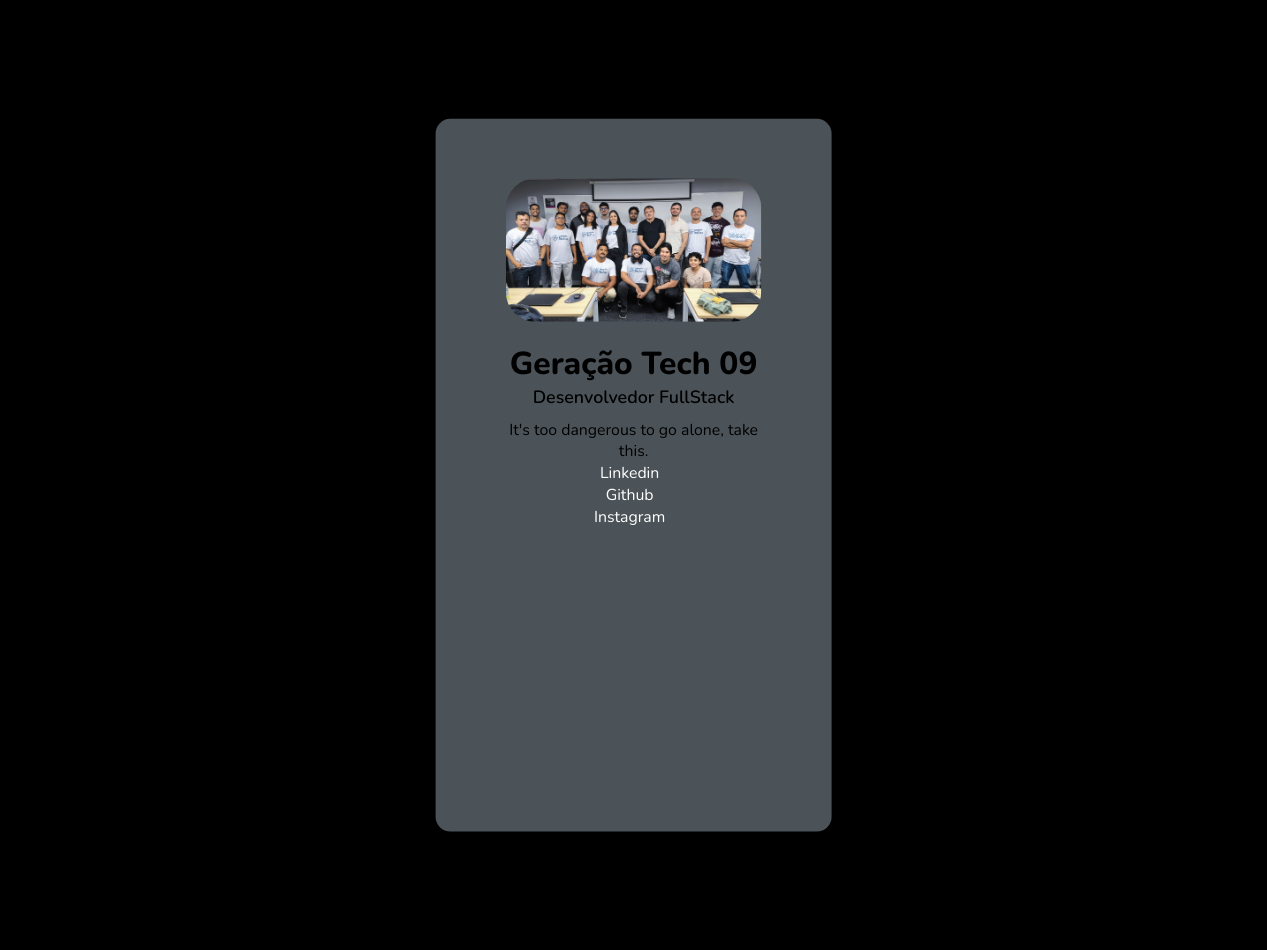
Repository: geracao-09/linktree-gt9
Page: index.html
The author's editor kept a copy of each file at every save. The page is drawn from the files as they stood at one save, then again after the next save.
The browser window is 1280 px wide. The pictures show the whole page, at 99% of full size.

Above is the page before, as saved 2025-04-11 08:59:54.

### index.html
<!DOCTYPE html>
<html lang="pt-br">
  <head>
    <meta charset="UTF-8" />
    <meta name="viewport" content="width=device-width, initial-scale=1.0" />
    <title>Linktree do GT09</title>
    <link rel="stylesheet" href="style.css" />
    <link rel="preconnect" href="https://fonts.googleapis.com" />
    <link rel="preconnect" href="https://fonts.gstatic.com" crossorigin />
    <link href="https://fonts.googleapis.com/css2?family=Nunito:ital,wght@0,200..1000;1,200..1000&display=swap" rel="stylesheet" />
  </head>
  <body>
    <div class="container-main">
      <div class="container-image">
        <img src="./assets/image-profile.jpg" alt="Foto dos top 25 geracao tech" />
      </div>
      <div class="container-infos">
        <h1>Geração Tech 09</h1>
        <h2>Desenvolvedor FullStack</h2>
      </div>
      <div class="container-easter-egg">
        <p>It's too dangerous to go alone, take this.</p>
      </div>
      <div class="container-social">
        <ul>
          <li>
            <a href="https://www.linkedin.com/in/cesar-hideki-nagano-326b75115/" target="_blank"> Linkedin </a>
          </li>
          <li>
            <a href="https://github.com/geracao-09" target="_blank"> Github </a>
          </li>
          <li>
            <a href="https://www.instagram.com/hidekina/" target="_blank"> Instagram </a>
          </li>
        </ul>
      </div>
    </div>
  </body>
</html>

### style.css
* {
  font-family: "Nunito", sans-serif;
  margin: 0;
  padding: 0;
  box-sizing: border-box;
}

body {
  background-color: #000000;
}

.container-main {
  background-color: #4b5358;
  width: 400px;
  height: 720px;
  box-sizing: border-box;
  margin: 120px auto;
  padding: 60px;
  border-radius: 15px;
  text-align: center;
}

.container-image img {
  width: 258px;
  border-radius: 30px;
}

.container-infos {
  margin-top: 15px;
  margin-bottom: 10px;
}

.container-infos h1 {
    font-weight: 800;
}

.container-infos h2 {
    font-weight: 600;
    font-size: 18px;
}
.container-social ul {
  list-style-type: none;
}

.container-social a {
  text-decoration: none;
  color: white;
}

.container-social li {
  width: 272px;
  height: ;
}

After the next save:
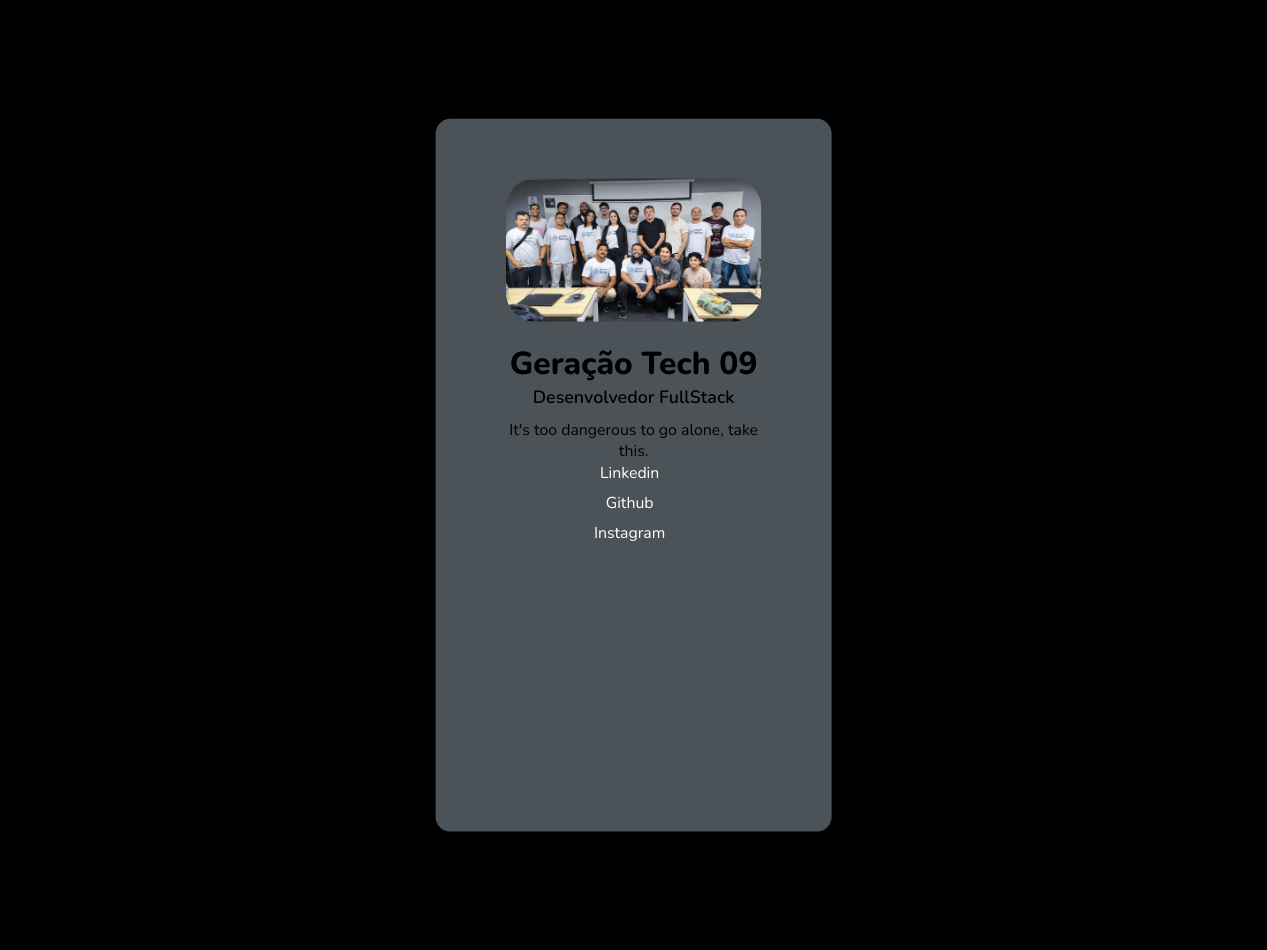
Saved 4 s later.
--- a/style.css
+++ b/style.css
@@ -49,5 +49,5 @@ body {
 
 .container-social li {
   width: 272px;
-  height: ;
+  height: 30px;
 }
